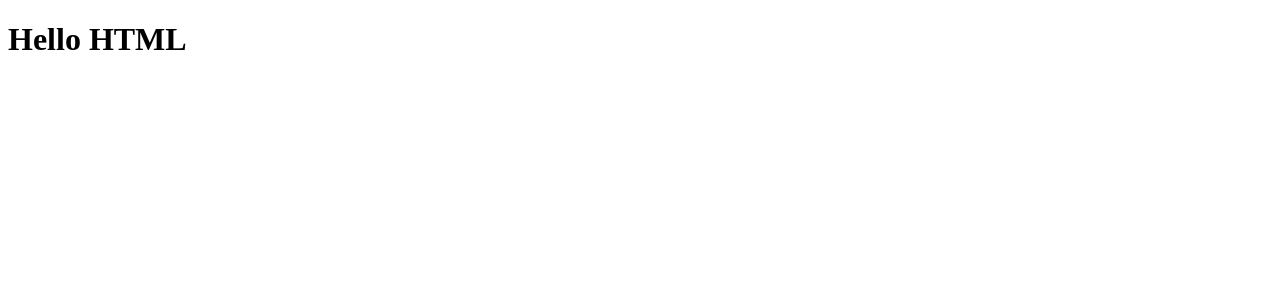
Repository: believemaster/JavaDynamicWeb-JSP
Page: Hello JSP/src/main/webapp/Hello.html
These files come from the project's save history. The page is drawn as it stood at one moment and after the next save; the edit follows.
The browser window is 1280 px wide. The pictures show the whole page.

Above is the page before, as saved 2022-05-24 17:31:18.

After the next save:
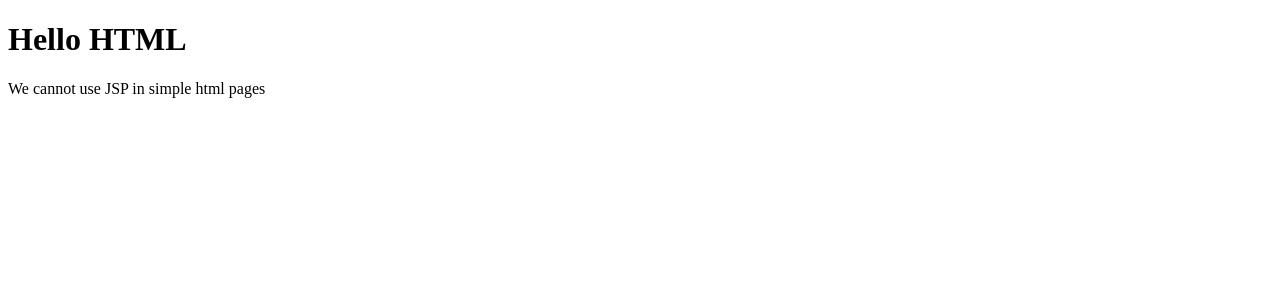
Saved 3 min 15 s later.
--- a/Hello JSP/src/main/webapp/Hello.html
+++ b/Hello JSP/src/main/webapp/Hello.html
@@ -6,5 +6,6 @@
 </head>
 <body>
 	<h1>Hello HTML</h1>
+	<p>We cannot use JSP in simple html pages</p>
 </body>
 </html>
